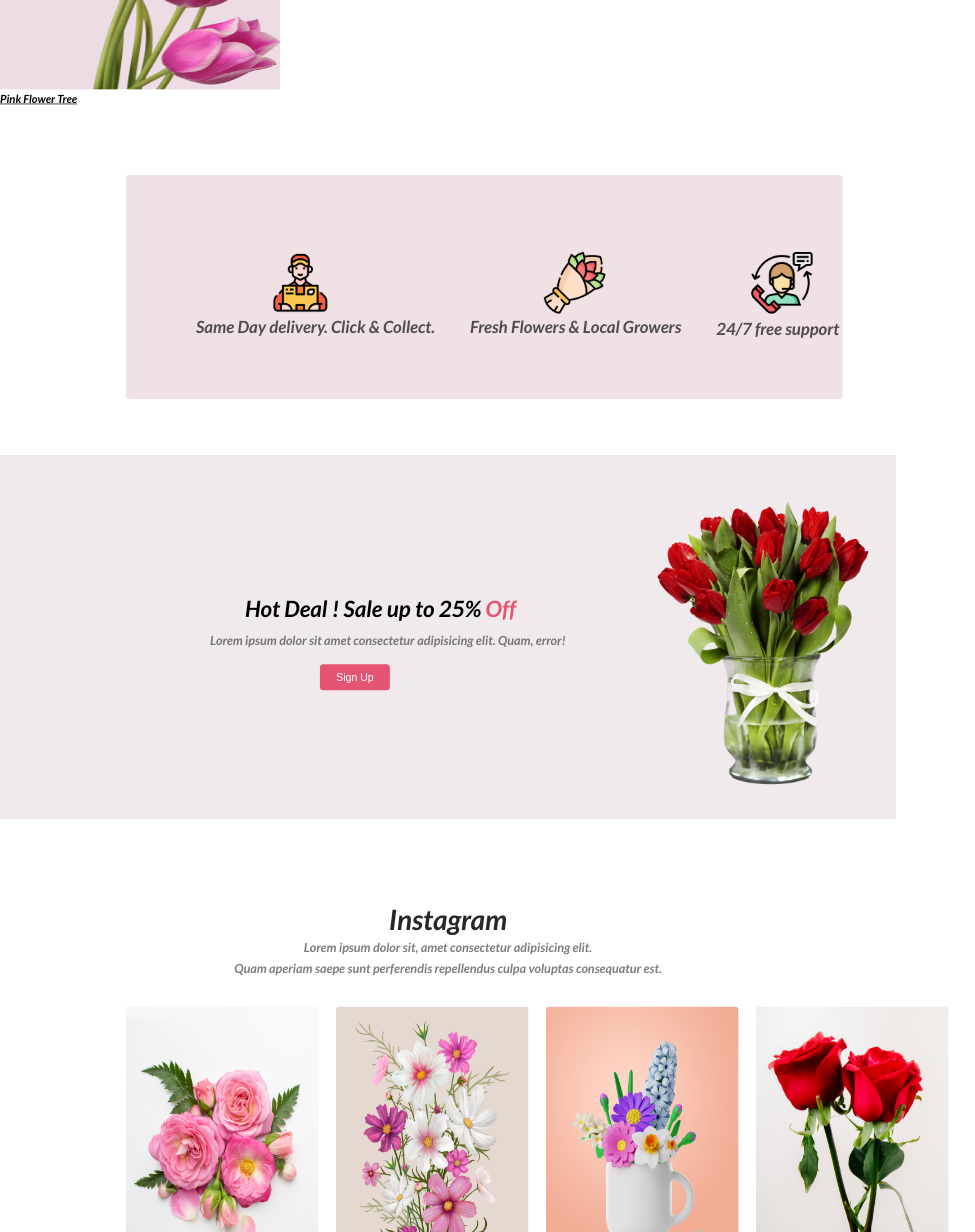
Repository: AnitaAkter/anita-flower-shop
Page: index.html
The author's editor kept a copy of each file at every save. The page is drawn from the files as they stood at one save, then again after a run of saves.
The browser window is 1280 px wide. The page is 1393 px wide, so the pictures cover 1393 px, including what lies to the right of the window. The pictures show the part of the page from y = 1280 to 3040 px (the page is 3508 px tall before and 3556 px after), at 70% of full size.

Above is the page before, as saved 2023-09-06 20:41:41.

### index.html
<!DOCTYPE html>
<html lang="en">

<head>
    <meta charset="UTF-8">
    <meta http-equiv="X-UA-Compatible" content="IE=edge">
    <meta name="viewport" content="width=device-width, initial-scale=1.0">
    <title>Anita's Flower Shop</title>
    <link rel="preconnect" href="https://fonts.googleapis.com">
    <link rel="preconnect" href="https://fonts.gstatic.com" crossorigin>
    <link href="https://fonts.googleapis.com/css2?family=Lato:ital,wght@1,700&display=swap" rel="stylesheet">
    <link rel="stylesheet" href="style.css">
</head>

<body>
    <div>
        <!-- /* Header -section start */ -->
        <header>
            <div class="header-intro">
                <h1>Let's make <br> beautiful Flowers a <br>part of your Life.</h1>
                <div class="header-p">
                    <p>Lorem ipsum dolor sit amet consectetur adipisicing elit. Vitae fugit dolorum deleniti, quae ea
                        error
                        iste rerum mollitia animi architecto. Distinctio voluptates doloribus commodi ipsum unde facere
                        assumenda corrupti cum!</p>
                </div>
                <button class="header-btn">Shop Now</button>
            </div>
            <div class="header-pic">
                <img src="images/pngwing 6.png" alt="">
            </div>
        </header>
        <!-- /* Header -section end */ -->
        <main>
            <div class="flowers-info">
                <h3>Our Featured Flowers</h3>
                <p>Lorem ipsum dolor sit, amet consectetur adipisicing elit. <br>
                    Quam aperiam saepe sunt perferendis repellendus culpa voluptas consequatur est.
                </p>
            </div>
            <div class="flowers-add">

                <div class="flowers">
                    <img src="images/pngwing 6.png" alt="">
                    <p> <u>Pink Flower Tree</u> </p>
                </div>
                <!-- <div class="flowers">
                        <img src="images/pngwing 5.png" alt="">
                        <p><u>Pink Flower Tree</u></p>
                    </div>
                    <div class="flowers">
                        <img src="images/pngwing 7.png" alt="">
                        <p><u>Pink Flower Tree</u></p>
                    </div> -->

            </div>






            <!-- Delivery section start -->
            <div class="delivery">
                <div class="delivery-img">
                    <div class="d-img">
                        <img src="images/Group 57.png" alt="">
                        <p>Same Day delivery. Click & Collect.</p>
                    </div>
                    <div class="d-img">
                        <img src="images/Group 58.png" alt="">
                        <p>Fresh Flowers & Local Growers</p>
                    </div>
                    <div>
                        <img src="images/Group 59.png" alt="">
                        <p>24/7 free support</p>
                    </div>
                </div>
            </div>
            <!-- Delivery section end -->

            <div class="add-sec">
                <div class="add-info">
                    <h1>Hot Deal ! Sale up to 25% <span class="text-primary">Off</span></h1>
                    <p class="header-p">Lorem ipsum dolor sit amet consectetur adipisicing elit. Quam, error!</p>
                    <div class="add-btnv">
                        <button class="add-btn">Sign Up</button>
                    </div>
                </div>
                <div class="add-img">
                    <img src="images/pngwing 8.png" alt="">
                </div>
            </div>
















            <div class="flowers-info">
                <h3>Instagram</h3>
                <p>Lorem ipsum dolor sit, amet consectetur adipisicing elit. <br>
                    Quam aperiam saepe sunt perferendis repellendus culpa voluptas consequatur est.
                </p>
            </div>
            <div class="insta-img">
                <img src="images/Flower 01.png" alt="">
                <img src="images/Rectangle 4.png" alt="">
                <img src="images/Rectangle 5.png" alt="">
                <img src="images/Rectangle 6.png" alt="">
            </div>
        </main>
        <footer>
            <div class="footer-column">
                <div class="footer-title">
                    <h2 class="f">Get the latest Deals</h2>
                    <p>$30 coupon for first shopping</p>
                </div>
                <div class="form">
                    <form action=""><input class="input-form" type="text" placeholder="       Enter Your email Here">
                    </form>
                    <button class="header-btn">Subscribe</button>
                </div>

            </div>
        </footer>

    </div>
</body>

</html>

### style.css
/* Header -section start */

* {
    margin: 0;
    padding: 0;
    box-sizing: border-box;
}

body {
    font-family: 'Lato', sans-serif;
    font-weight: 900;
    width: 100%;
}

header {
    display: flex;
    background-color: hsl(342, 34%, 89%);
    width: 100%;
    height: 800px;
}

.header-intro {
    margin-top: 80px;
    margin-left: 50px;
    width: 708px;
    height: 506px;


}

.header-intro h1 {
    color: #272727;
    text-shadow: 0px 4px 4px rgba(0, 0, 0, 0.25);
    font-family: Lato;
    font-size: 80px;
    font-style: normal;
    font-weight: 800;
    line-height: normal;
    width: 708px;
    height: 310px;


}

.header-p {
    color: rgba(39, 39, 39, 0.60);
    font-family: Lato;
    font-size: 18px;
    font-style: normal;
    font-weight: 400;
    line-height: 30px;
    width: 634px;
    height: 120px;
    gap: 32px;



    /* 166.667% */
}

.header-btn {
    background-color: #E55473;
    border-radius: 5px;
    border: none;
    color: white;
    font-size: 15px;
    display: inline-flex;
    padding: 20px 43px;
    align-items: flex-start;
    gap: 10px;

}

.header-pic {
    width: 635px;
    height: 800px;
    margin-bottom: 0%;
    margin-right: auto;

}


.header-pic img {
    width: 635px;
    height: 800px;
    margin-bottom: 0%;
}

/* Header -section end */



/* flowers info styles */
.flowers-info {
    margin-top: 120px;
}

.flowers-info h3 {
    color: #272727;
    text-align: center;
    font-family: Lato;
    font-size: 40px;
    font-style: normal;
    font-weight: 800;
    line-height: normal;
}

.flowers-info p {
    color: rgba(39, 39, 39, 0.60);
    text-align: center;
    font-family: Lato;
    font-size: 18px;
    font-style: normal;
    font-weight: 400;
    line-height: 30px;
    /* 166.667% */
}


/* .flowers-add {
    margin-top: 80px;
    align-items: center;
    margin-bottom: 200px;
    margin-left: 180px;
    margin-right: 140px;
    width: 80%;
    height: 480px;
    gap: 54px;


} */

.flowers-img {
    display: flex;
    align-items: center;
    gap: 50px;
    width: 464px;
    height: 538px;



}
.flowers {


    justify-content: space-between;
    gap: 40px;
    height: ;


}

.flowers img {

    background-image: url('/images/Rectangle\ 3\ \(1\).png');
    background-position: center;
    border-radius: 300px 300px 0px 0px;
    background: rgba(139, 24, 81, 0.15);
    height: 380px;
    width: 400px;
}

.flowers-img p {
    color: rgba(0, 0, 0, 0.951);

    font-family: Lato;
    font-size: 24px;
    font-style: normal;
    font-weight: 600;
    line-height: 35px;
    margin-left: 133px;
}








/* delivery section start */
.delivery {
    margin-top: 100px;
    margin-left: 180px;
    margin-right: 140px;
    background-color: #efe1e4;
    display: flex;
    width: 80%;
    height: 320px;
    border-radius: 5px;
    padding: 30px;
}

.delivery-img p {
    color: rgba(39, 39, 39, 0.80);

    font-family: Lato;
    font-size: 24px;
    font-style: normal;
    font-weight: 600;
    line-height: 35px;
    margin-left: -50px;


}

.delivery-img {
    display: inline-flex;
    margin-top: 80px;
    margin-left: 120px;
    gap: 100px;
    height: 30px;
    align-content: center;
    position: absolute;

}

.d-img img {
    display: grid;
    justify-content: center;
    margin-left: 55px;

}

/* delivery section end */

.text-primary {
    color: #E55473;
}

.add-sec {
    margin-top: 80px;
    width: 100%;
    height: 520px;
    background-color: #f1eaec;
    display: inline-flex;
}

.add-info h1 {
    margin-top: 200px;
    margin-left: 350px;
}

.add-info p {
    margin-top: 10px;
    margin-left: 300px;

}

.add-btnv {
    text-align: center;
    justify-content: center;
    margin-top: -70px;
    margin-left: 80px;
}

.add-btn {
    background-color: #E55473;
    border-radius: 5px;
    border: none;
    color: white;
    font-size: 15px;

    padding: 10px 23px;


}

.add-img {
    width: 218px;
    height: 110px;
    position: center;
    margin-top: 60px;
}




.insta-img {
    display: flex;
    margin-top: 40px;
    gap: 25px;
    margin-left: 180px;
    margin-right: 140px;
    height: 320px;
    width: 70%;
}

.insta-img img {
    width: 275px;
    height: 396px;
    border-radius: 5px;
}


.footer-column {
    background-image: url('images/Rectangle\ 9.png');
    margin-top: 150px;
    width: 80%;
    height: 320px;
    border-radius: 3px;
    margin-left: 180px;
    margin-right: 140px;
}



.footer-title {
    text-align: center;
    padding-top: 80px;
    align-items: center;

}



.footer-title p {
    color: rgb(91, 87, 87);
    padding-top: 10px;
}

.form {
    display: flex;
    margin-left: 287px;
    gap: 50px;
    padding-top: 40px;

}

.input-form {
    width: 550px;
    height: 60px;
    border-radius: 3px;
    border: none;
}

After the next 2 saves:
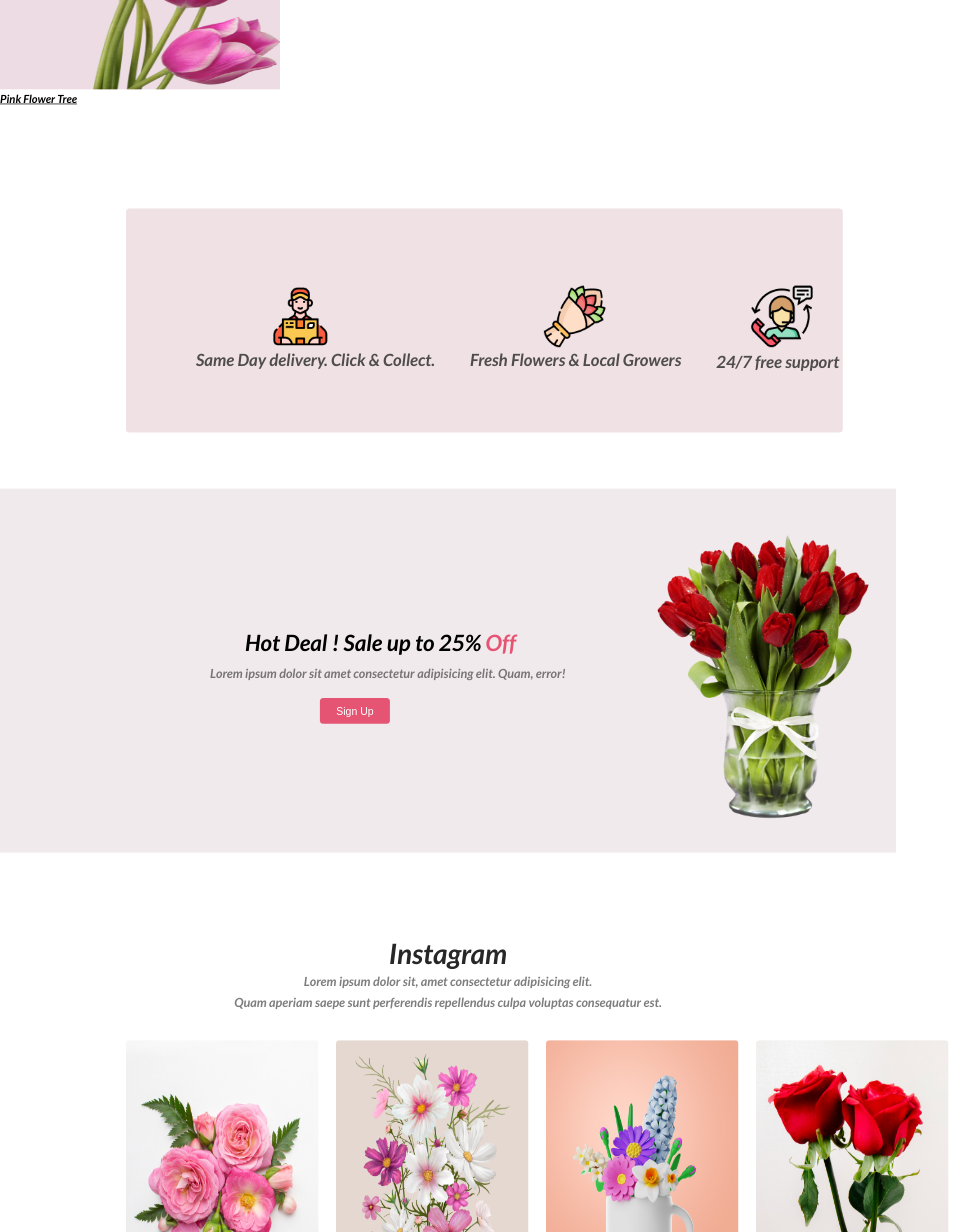
The 2 saves are shown as one change because they came seconds apart.
The last was saved 11 s later.
--- a/style.css
+++ b/style.css
@@ -145,7 +145,8 @@
 
     justify-content: space-between;
     gap: 40px;
-    height: ;
+    height: 450px;
+    w
 
 
 }

After the 3 saves that followed:
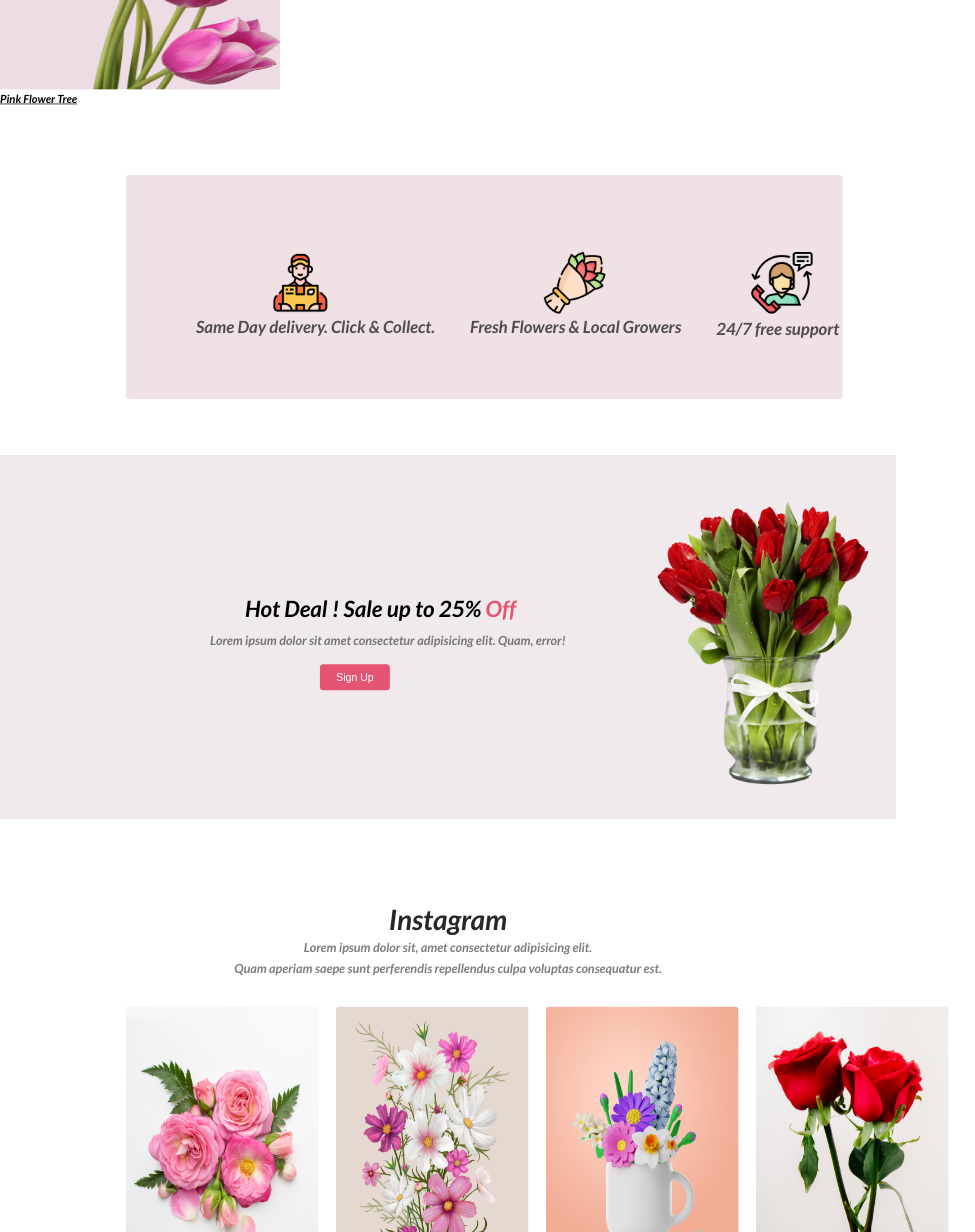
The 3 saves are shown as one change because 1 left the picture as it was and some came seconds apart.
The last was saved 14 s later.
--- a/style.css
+++ b/style.css
@@ -140,13 +140,13 @@
 
 
 }
+
 .flowers {
 
 
     justify-content: space-between;
     gap: 40px;
-    height: 450px;
-    w
+
 
 
 }
